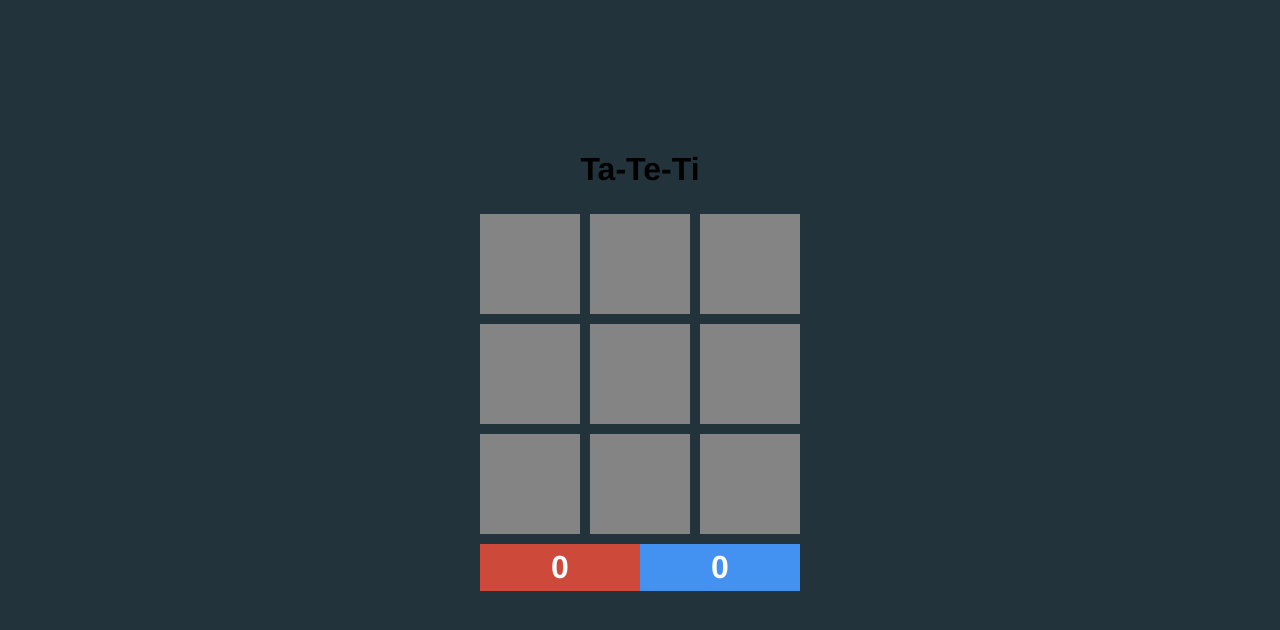
Repository: Herinyhert/Ta-Te-Ti
Page: /
The author's editor kept a copy of each file at every save. The page is drawn from the files as they stood at one save, then again after a run of saves.
The browser window is 1280 px wide. The pictures show the whole page.
The project was rebuilt for these pictures with package versions that can differ from the ones it lists, and the page was loaded fresh each time. Also part of the build but not shown: src/components/Landing/Landing.css.

Above is the page before, as saved 2023-05-28 01:41:49.

### src/index.css
body {
  margin: 0;
  font-family: Helvetica, sans-serif;
}

### src/App.js
import { useState } from "react";
import { Route, Routes, BrowserRouter } from "react-router-dom";
import "./App.css";
import Board from "./components/Board/Board";
import ScoreBoard from "./components/ScoreBoard/ScoreBoard";
import Landing from "./components/Landing/Landing";

const winningPosition = [
  [0, 1, 2],
  [3, 4, 5],
  [6, 7, 8],
  [0, 3, 6],
  [1, 4, 7],
  [2, 5, 8],
  [0, 4, 8],
  [2, 4, 6],
];

const App = () => {
  const [turn, setTurn] = useState("X");
  const [squares, setSquares] = useState(Array(9).fill(null));
  const [winningSquares, setWinningSquare] = useState([]);
  const [score, setScore] = useState({
    X: 0,
    O: 0,
  });

  const reset = () => {
    setTurn("X");
    setSquares(Array(9).fill(null));
    setWinningSquare([]);
  };

  const checkForWinner = (newSquares) => {
    for (let i = 0; i < winningPosition.length; i++) {
      const [a, b, c] = winningPosition[i];
      if (
        newSquares[a] &&
        newSquares[a] === newSquares[b] &&
        newSquares[a] === newSquares[c]
      ) {
        //existe un ganador
        endGame(newSquares[a], winningPosition[i]);
        return;
      }
    }
    if (!newSquares.includes(null)) {
      //existe  un empate
      endGame(null, Array.from(Array(10).keys()));
      return;
    }
    setTurn(turn === "X" ? "O" : "X");
  };

  const handleClick = (square) => {
    let newSquare = [...squares];
    newSquare.splice(square, 1, turn);
    setSquares(newSquare);
    checkForWinner(newSquare);
  };

  const endGame = (result, winningPosition) => {
    setTurn(null);
    if (result !== null) {
      setScore({
        ...score,
        [result]: score[result] + 1,
      });
    }
    setWinningSquare(winningPosition);
    setTimeout(reset, 2000);
  };

  return (
    <BrowserRouter>
      <div className="container">
        <Landing />
        <Board
          winningSquares={winningSquares}
          turn={turn}
          squares={squares}
          onClick={handleClick}
        />
        <ScoreBoard scoreO={score.O} scoreX={score.X} />
      </div>
    </BrowserRouter>
  );
};

export default App;

### src/App.css
.container {
  display: flex;
  flex-direction: column;
  justify-content: center;
  align-items: center;
  height: 100vh;
  background-color: #22333B;
}

### src/components/Board/Board.js
import Square from "../Square/Square";
import './Board.css';

const Board = ({squares, onClick, turn, winningSquares}) =>{

    const createSquare = values =>(
        values.map( value => (
           <Square
           winner= {winningSquares.includes(value)}
           turn = {turn}
           onClick = {() => onClick(value)}
           value = {squares[value]}
           key = {`square_${value}`}
           />
        ))
    )
    return(
        <div className="board">
            <div className="row">
                {createSquare([0,1,2])}
            </div>
            <div className="row">
                {createSquare([3,4,5])}
            </div>
            <div className="row">
                {createSquare([6,7,8])}
            </div>

        </div>
    )
}

export default Board;

### src/components/ScoreBoard/ScoreBoard.js
import './ScoreBoard.css';

const ScoreBoard = ({scoreX, scoreO}) => (
    <div className='score-board'>
        <div>{scoreX}</div>
        <div>{scoreO}</div>
    </div>
);

export default ScoreBoard;

### src/components/Landing/Landing.js
import './Landing.css'

const Landing = ()=>{
    return(
        <div>
            <h1>Ta-Te-Ti</h1>
        </div>
    )
}

export default Landing;

### src/components/Square/Square.js
import classNames from "classnames";
import "./Square.css";
const Square = ({value, onClick, turn, winner}) =>{

    const handleClick = () =>{
        (turn !== null && value === null && onClick())
    }

    let squareClass = classNames({
        square: true,
        [`square--${value}`]: value !== null,
        winner: winner
    })

    return(
        <div className={squareClass} onClick={ () => handleClick() } >

        </div>
    )
}

export default Square;

### src/components/Board/Board.css
.board {
    display: flex;
    flex-direction: column;
}

.row {
    display: flex;
}

### src/components/ScoreBoard/ScoreBoard.css
.score-board {
    width: 320px;
    display: grid;
    grid-auto-flow: column;
    margin-top: 5px;
}

.score-board div {
    color: white;
    text-align: center;
    font-size: 2em;
    padding: 5px;
    font-weight: bold;
    background-color: #4392F1;
}

.score-board div:first-child {
    background-color: #CD493A;
}

### src/components/Square/Square.css
.square {
    width: 100px;
    height: 100px;
    background-color: #848484;
    margin: 5px;
    transition: all .2s;
    border-radius: 0%;
    clip-path: polygon(36% 0,0 0, 0 29%, 0 57%, 0 100%, 30% 100%, 73% 100%, 100% 100%, 100% 59%, 100% 31%, 100% 0, 74% 0);
}

.square--X{
    background-color: #CD493A;
    clip-path: polygon(20% 0%, 0% 20%, 30% 50%, 0% 80%, 20% 100%, 50% 70%, 80% 100%, 100% 80%, 70% 50%, 100% 20%, 80% 0%, 50% 30%);
}

.square--O{
    background-color: #4392F1;
    border-radius: 50%;
}

.square--X.winner{
    animation: x-winner-animation infinite 3s ease-in-out;
}

@keyframes x-winner-animation {
    from{
        transform: rotate(0deg);
    }
    to {
        transform: rotate(360deg);
    }
}

.square--O.winner{
    animation: o-winner-animation infinite .5s ease-in-out;

}

@keyframes o-winner-animation {
    0% {border-radius: 50%;}
    50% {border-radius: 0%;}
    100% {border-radius: 50%;}
}

/* cuadrado
polygon(36% 0,0 0, 0 29%, 0 57%, 0 100%, 30% 100%, 73% 100%, 100% 100%, 100% 59%, 100% 31%, 100% 0, 74% 0)

cruz
polygon(20% 0%, 0% 20%, 30% 50%, 0% 80%, 20% 100%, 50% 70%, 80% 100%, 100% 80%, 70% 50%, 100% 20%, 80% 0%, 50% 30%) */

Loaded but not shown: public/index.html (common file); src/index.js (common file); src/reportWebVitals.js (common file); src/components/Landing/Landing.css (no copy from this time; the picture is the same without it)

After the next 6 saves:
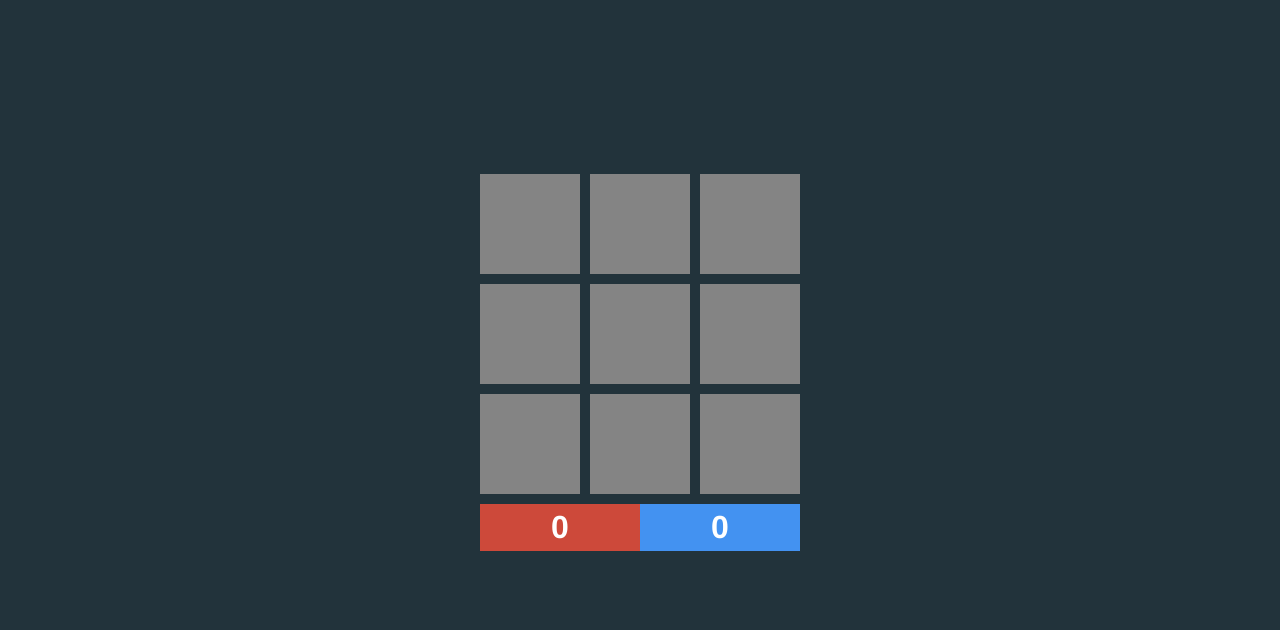
The 6 saves are shown as one change because they came seconds apart.
The last was saved 29 s later.
--- a/src/App.js
+++ b/src/App.js
@@ -1,5 +1,5 @@
 import { useState } from "react";
-import { Route, Routes, BrowserRouter } from "react-router-dom";
+import { Route, Routes, BrowserRouter, Link } from "react-router-dom";
 import "./App.css";
 import Board from "./components/Board/Board";
 import ScoreBoard from "./components/ScoreBoard/ScoreBoard";
@@ -74,7 +74,7 @@
   return (
     <BrowserRouter>
       <div className="container">
-        <Landing />
+       <Link></Link>
         <Board
           winningSquares={winningSquares}
           turn={turn}

After the save that followed:
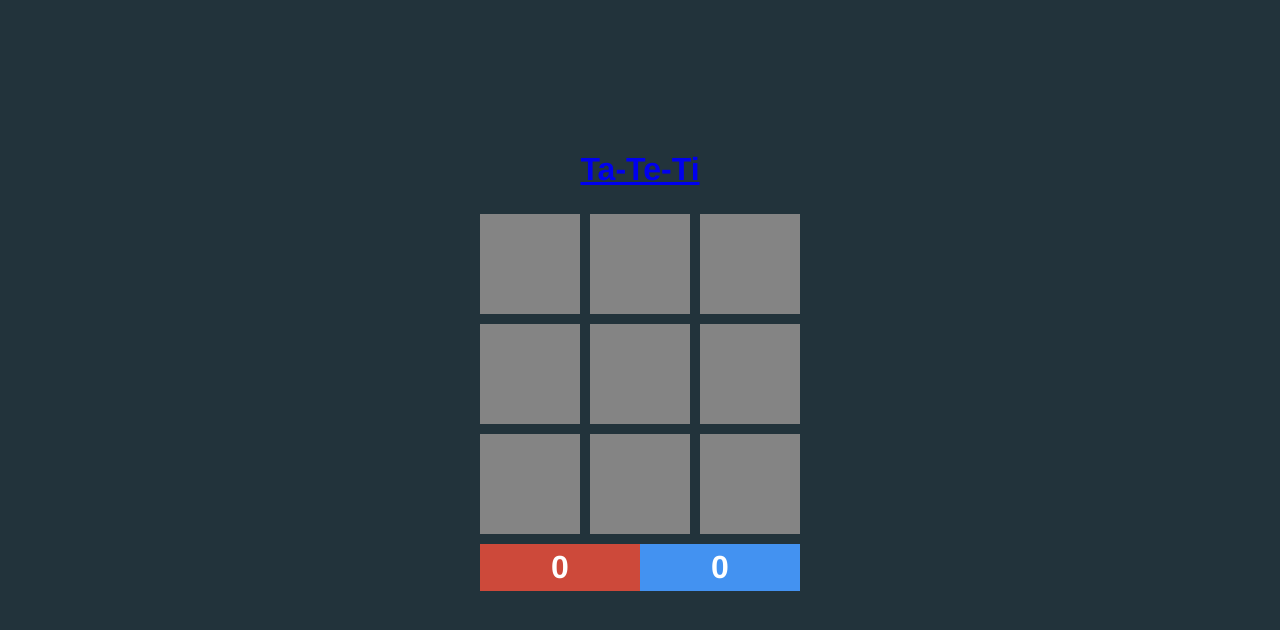
Saved 4 s later.
--- a/src/App.js
+++ b/src/App.js
@@ -74,7 +74,7 @@
   return (
     <BrowserRouter>
       <div className="container">
-       <Link></Link>
+       <Link> <Landing /></Link>
         <Board
           winningSquares={winningSquares}
           turn={turn}
